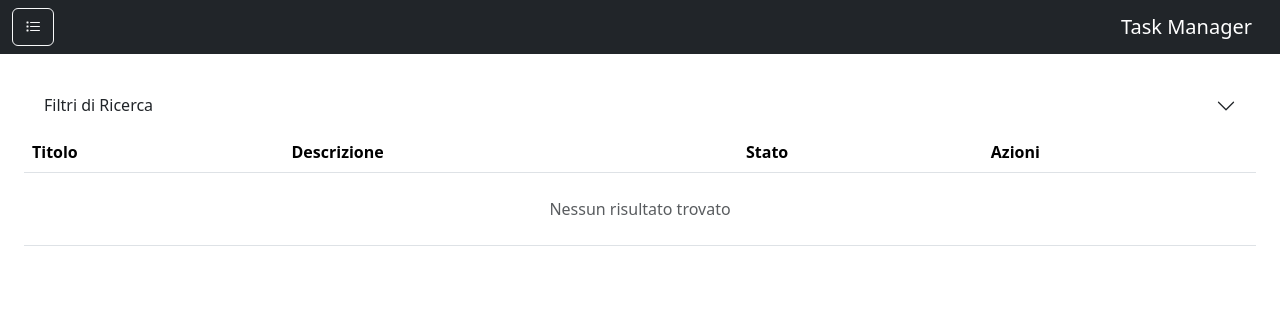
Repository: Barrakude/Angular_Project
Page: /task-list (app in test-finale/)
The author's editor kept a copy of each file at every save. The page is drawn from the files as they stood at one save, then again after the next save.
The browser window is 1280 px wide. The pictures show the whole page.
The page's requests for data from a server got no answer. The project was rebuilt for these pictures with package versions that can differ from the ones it lists, and the page was loaded fresh each time. No one was signed in, and anything a server would have sent is missing. Also part of the build but not shown: test-finale/angular.json, test-finale/src/app/features/board/board.component.ts, test-finale/src/app/features/board/doing/doing.component.ts, test-finale/src/app/shared/components/task-card/task-card.component.ts, test-finale/src/app/shared/interfaces/itask.ts, test-finale/src/app/features/board/done/done.component.ts, test-finale/src/app/features/board/todo/todo.component.ts.

Above is the page before, as saved 2025-06-24 12:35:17.

### test-finale/src/index.html
<!doctype html>
<html lang="en">
<head>
  <meta charset="utf-8">
  <title>TaskManagementFe</title>
  <base href="/">
  <meta name="viewport" content="width=device-width, initial-scale=1">
  <link rel="icon" type="image/x-icon" href="favicon.ico">
</head>
<body>
  <tmg-root></tmg-root>
</body>
</html>

### test-finale/src/app/app.config.ts
import { ApplicationConfig, provideZoneChangeDetection } from '@angular/core';
import { provideRouter } from '@angular/router';

import { routes } from './app.routes';
import { provideHttpClient } from '@angular/common/http';

export const appConfig: ApplicationConfig = {
  providers: [
    provideZoneChangeDetection({ eventCoalescing: true }),
    provideRouter(routes),
    provideHttpClient()
  ]
};
// http client lo lascio , vi da errore se non rifate npm i

### test-finale/src/app/app.component.ts
import { Component } from '@angular/core';
import { RouterOutlet } from '@angular/router';
@Component({
  selector: 'tmg-root',
  imports: [
    RouterOutlet,
  ],
  templateUrl: './app.component.html',
  styleUrl: './app.component.scss'
})
export class AppComponent {
  title = 'task-management-fe';
}

### test-finale/src/app/app.routes.ts
import { Routes } from '@angular/router';
import { BoardComponent } from './features/board/board.component';
import { TaskListComponent } from './features/task-list/task-list.component';
import { LayoutComponent } from './core/layout/layout.component';

export const routes: Routes = [

    {
        path:'',
        component:LayoutComponent,
        children:[
            {path:'', redirectTo:'/board',pathMatch:'full'},
            {path:'board', component:BoardComponent},
            {path:'task-list', component:TaskListComponent}
        ]
    },

];

### test-finale/src/app/app.component.html
<!-- mettete le cose vostre vi lascio router outlet , importate tutto poi :)  -->
<router-outlet></router-outlet>

### test-finale/src/app/features/task-list/task-list.component.ts
import { Component, inject, OnInit } from '@angular/core';
import { IPaginationParams, ITaskFilters, TaskListService } from '../../shared/services/task-list.service';
import { ITask } from '../../shared/interfaces/itask';
import { take, tap } from 'rxjs';
import { TaskStatusPipe } from '../../shared/pipes/task-status.pipe';
import {
  FormBuilder,
  FormControlName,
  FormGroup,
  ReactiveFormsModule,
} from '@angular/forms';
import { IResponse } from '../../shared/interfaces/iresponse';

@Component({
  selector: 'tmg-task-list',
  imports: [TaskStatusPipe, ReactiveFormsModule],
  templateUrl: './task-list.component.html',
  styleUrl: './task-list.component.scss',
})
export class TaskListComponent implements OnInit {
  private readonly _taskService: TaskListService = inject(TaskListService);
  private readonly _fb: FormBuilder = inject(FormBuilder);

  tasks: ITask[] = [];
  filteredTask: ITask[] = [];

  //proprietà per la paginazione
  currentPage = 1;
  itemsPerPage = 5;
  totalItems = 0;
  totalPages = 0;

  //proprietà per la navigazione
  prevPage: number | null = null;
  nextPage: number | null = null;
  firstPage = 1;
  lastPage = 1;

  searchForm: FormGroup = this._fb.group({
    title: [''],
    description: [''],
    status: [''],
  });

  statusOption = ['todo', 'doing', 'done'];

  ngOnInit(): void {
    //this.getTask();
    this.loadTasks();
  }

  loadTasks(): void {
    const pagination: IPaginationParams = {
      page: this.currentPage,
      limit: this.itemsPerPage
    };

    const formValues = this.searchForm.value;
    const filters: ITaskFilters = {};

    // Aggiungi solo i filtri che hanno valori
    if (formValues.title) filters.title = formValues.title;
    if (formValues.description) filters.description = formValues.description;
    if (formValues.status) filters.status = formValues.status;

    this._taskService.getTasks(pagination, Object.keys(filters).length ? filters : undefined)
      .pipe(
        take(1),
        tap((response: IResponse<ITask[]>) => {
          this.tasks = response.data;
          this.totalItems = response.totalCount || 0;
          this.totalPages = Math.ceil(this.totalItems / this.itemsPerPage);

          // Aggiorna informazioni di navigazione
          this.prevPage = response.prev ?? null;
          this.nextPage = response.next || null;
          this.firstPage = response.first || 1;
          this.lastPage = response.last || this.totalPages;
        })
      ).subscribe();
  }
  //! metodo senza paginazione
  // getTask(): void {
  //   this._taskService
  //     .getTasks()
  //     .pipe(
  //       take(1),
  //       tap((data) => {
  //         this.tasks = data;
  //         this.filteredTask = data;
  //       })
  //     )
  //     .subscribe();
  // }

  // onSearch(): void {
  //   const formValues = this.searchForm.value;

  //   this.filteredTask = this.tasks.filter((task) => {
  //     const titleValue =
  //       !formValues.title ||
  //       task.title.toLowerCase().includes(formValues.title.toLowerCase());

  //     const descriptionValue =
  //       !formValues.description ||
  //       task.description
  //         .toLowerCase()
  //         .includes(formValues.description.toLowerCase());

  //     const statusValue =
  //       !formValues.status || task.status === formValues.status;

  //     return titleValue && descriptionValue && statusValue;
  //   });
  // }

   onSearch(): void {
    this.currentPage = 1; // Reset alla prima pagina quando si cerca
    this.loadTasks();
  }

  onClear(): void {
    // this.searchForm.reset();
    // this.filteredTask = this.tasks;
    this.searchForm.reset();
    this.currentPage = 1; // Reset alla prima pagina
    this.loadTasks();
  }

 // Metodi per la navigazione
  goToPage(page: number): void {
    if (page >= 1 && page <= this.totalPages) {
      this.currentPage = page;
      this.loadTasks();
    }
  }

  goToFirstPage(): void {
    this.goToPage(this.firstPage);
  }

  goToLastPage(): void {
    this.goToPage(this.lastPage);
  }

  goToPrevPage(): void {
    if (this.prevPage) {
      this.goToPage(this.prevPage);
    }
  }

  goToNextPage(): void {
    if (this.nextPage) {
      this.goToPage(this.nextPage);
    }
  }

  // Genera array di numeri di pagina per la paginazione
  getPageNumbers(): number[] {
    const pages: number[] = [];
    const maxPagesToShow = 5;
    const half = Math.floor(maxPagesToShow / 2);

    let start = Math.max(this.currentPage - half, 1);
    let end = Math.min(start + maxPagesToShow - 1, this.totalPages);

    if (end - start + 1 < maxPagesToShow) {
      start = Math.max(end - maxPagesToShow + 1, 1);
    }

    for (let i = start; i <= end; i++) {
      pages.push(i);
    }

    return pages;
  }


}

### test-finale/src/app/core/layout/layout.component.ts
import { Component } from '@angular/core';
import { CommonModule } from '@angular/common';
import { RouterOutlet, RouterLink, RouterLinkActive } from '@angular/router';

@Component({
  selector: 'tmg-layout',
  standalone: true,
  imports: [
    CommonModule,
    RouterOutlet,
    RouterLink,
    RouterLinkActive
  ],
  templateUrl: './layout.component.html',
  styleUrl: './layout.component.scss'
})
export class LayoutComponent {
  sidebarOpen = false;

  toggleSidebar(): void {
    this.sidebarOpen = !this.sidebarOpen;
  }
}

### test-finale/src/app/shared/services/task-list.service.ts
import { HttpClient, HttpParams } from '@angular/common/http';
import { inject, Injectable } from '@angular/core';
import { map, Observable } from 'rxjs';
import { IResponse } from '../interfaces/iresponse';
import { ITask } from '../interfaces/itask';

export interface ITaskFilters{
  title?:string;
  description?:string;
  status?:string;
}

export interface IPaginationParams {
  page: number;
  limit: number;
}

@Injectable({
  providedIn: 'root'
})
export class TaskListService {


  private readonly _http:HttpClient=inject(HttpClient);
  private readonly url = 'http://localhost:3000/tasks';

  // getTasks():Observable<ITask[]>{
  //   return this._http.get<IResponse<ITask[]>>(this.url).pipe(
  //     map(({ data }) => data)
  //   );
  // }

  getTasks(pagination?: IPaginationParams, filters?:ITaskFilters):Observable<IResponse<ITask[]>>{
    let params = new HttpParams();

    //aggiungo parametri di paginazione
    if(pagination){
      params = params.set('_page',pagination.page.toString());
      params = params.set('_limit',pagination.limit.toString());
    }
    //aggiungo filtri
    if(filters){
      if (filters.title) {
        params = params.set('title', filters.title);
      }
      if (filters.description) {
        params = params.set('description', filters.description);
      }
      if (filters.status) {
        params = params.set('status', filters.status);
      }
    }
    return this._http.get<IResponse<ITask[]>>(this.url, { params });
  }

  deleteTask(id:number):Observable<ITask>{
    return this._http.delete<IResponse<ITask>>(`${this.url}/${id}`).pipe(
      map(({ data }) => data)
    );
  }

  changeTaskStatus(id: number, status: string): Observable<ITask> {
    return this._http.patch<IResponse<ITask>>(`${this.url}/${id}`, { status }).pipe(
      map(({ data }) => data)
    );
  }

  updateTask(id: number, body: ITask): Observable<ITask> {
    return this._http.patch<IResponse<ITask>>(`${this.url}/${id}`, { body }).pipe(
      map(({ data }) => data)
    );
  }

  createTask(body:ITask): Observable<ITask> {
    return this._http.post<IResponse<ITask>>(this.url, body).pipe(
      map(({ data }) => data)
    );
  }

  detailTask(id:number):Observable<ITask>{
    return this._http.get<IResponse<ITask>>(`${this.url}/${id}`).pipe(
      map(({ data }) => data)
    );
  }

}

### test-finale/src/app/features/task-list/task-list.component.html
<div class="accordion accordion-flush" id="accordionFlushExample">
    <div class="accordion-item">
        <h2 class="accordion-header">
            <button class="accordion-button collapsed" type="button" data-bs-toggle="collapse"
                data-bs-target="#flush-collapseOne" aria-expanded="false">
                Filtri di Ricerca
            </button>
        </h2>
        <div id="flush-collapseOne" class="accordion-collapse collapse" data-bs-parent="#accordionFlushExample">
            <form [formGroup]="searchForm" (ngSubmit)="onSearch()">
                <div class="row">
                    <div class="col-lg-3 col-md-3 mb-3">
                        <label for="title" class="form-label">Titolo</label>
                        <input type="text" class="form-control" id="title" formControlName="title">
                    </div>
                    <div class="col-lg-4 col-md-4 mb-3">
                        <label for="description" class="form-label">Descrizione</label>
                        <input type="textarea" class="form-control" id="description" formControlName="description">
                    </div>
                    <div class="col-lg-3 col-md-3 mb-3">
                        <label for="status" class="form-label">Stato</label>
                        <select class="form-select" id="status" formControlName="status">
                            <option selected>Seleziona Stato</option>
                            @for (status of statusOption; track status) {
                            <option value="{{status}}">{{status | taskStatus}}</option>
                            }
                        </select>
                    </div>

                </div>
                <div class="d-flex gap-2 justify-content-end">
                    <button type="submit" class="btn btn-danger" (click)="onClear()">Cancella</button>
                    <button type="submit" class="btn btn-primary">Cerca</button>
                </div>
            </form>
        </div>
    </div>
</div>
<table class="table">
    <thead>
        <tr>
            <th scope="col">Titolo</th>
            <th scope="col">Descrizione</th>
            <th scope="col">Stato</th>
            <th scope="col">Azioni</th>
        </tr>
    </thead>
    <tbody>
        @for (task of filteredTask; track $index) {
        <tr>
            <th scope="row">{{task.title}}</th>
            <td>{{task.description}}</td>
            <td>{{task.status | taskStatus}}</td>
            <td>
                @if(task.status === 'todo' || task.status === 'doing' ){
                <a type="button">
                    <i class="bi bi-pencil"></i>
                </a>
                }
                <i class="bi bi-trash"></i>
            </td>
        </tr>
        } @empty {
            <tr>
                <td colspan="4" class="text-center text-muted py-4">
                Nessun risultato trovato
            </td>
            </tr>

        }
    </tbody>
</table>

### test-finale/src/app/shared/pipes/task-status.pipe.ts
import { Pipe, PipeTransform } from '@angular/core';

@Pipe({
  name: 'taskStatus'
})
export class TaskStatusPipe implements PipeTransform {

  transform(value: string, ...args: unknown[]): string {
    switch(value.toLowerCase()){
      case 'todo':
        return 'Da fare';
      case 'doing':
        return 'In lavorazione';
      case 'done':
        return 'Completato';
      default:
        return value;
    }
  }

}

### test-finale/src/app/core/layout/layout.component.html
<div class="d-flex flex-column vh-100">
    <!-- Navbar -->
    <nav class="navbar navbar-expand-lg navbar-dark bg-dark fixed-top">
        <div class="container-fluid">
            <button class="btn btn-outline-light me-3" type="button" (click)="toggleSidebar()">
                <i class="bi bi-list-task"></i>
            </button>
            <span class="navbar-brand mb-0 h1">Task Manager</span>
        </div>
    </nav>

    <!-- Sidebar -->
    <div class="offcanvas offcanvas-start" [class.show]="sidebarOpen" tabindex="-1" style="top: 56px; height: calc(100vh - 56px);">
        <div class="offcanvas-body p-0">
            <ul class="list-group list-group-flush">
                <li class="list-group-item border-0">
                    <a routerLink="/board" routerLinkActive="active" class="nav-link text-dark">
                        <i class="fas fa-columns me-2"></i>
                        Board
                    </a>
                </li>
                <li class="list-group-item border-0">
                    <a routerLink="/task-list" routerLinkActive="active" class="nav-link text-dark">
                        <i class="fas fa-list-ul me-2"></i>
                        Task List
                    </a>
                </li>
            </ul>
        </div>
    </div>

    <!-- Main Content -->
    <main class="flex-grow-1" [style.margin-left.px]="sidebarOpen ? 250 : 0" style="margin-top: 56px; transition: margin-left 0.3s ease;">
        <div class="container-fluid p-4">
            <router-outlet></router-outlet>
        </div>
    </main>
</div>

<style>
.offcanvas {
    width: 250px !important;
    transition: transform 0.3s ease;
}

.nav-link.active {
    background-color: #0d6efd !important;
    color: white !important;
    border-radius: 0.375rem;
    margin: 0 10px;
}

@media (max-width: 768px) {
    main {
        margin-left: 0 !important;
    }
}
</style>

Loaded but not shown: test-finale/src/styles.scss (common file); test-finale/src/main.ts (common file); test-finale/src/app/app.component.scss (no stored copy; drawn as an empty file); test-finale/src/app/core/layout/layout.component.scss (no stored copy; drawn as an empty file); test-finale/src/app/features/task-list/task-list.component.scss (no stored copy; drawn as an empty file)

After the next save:
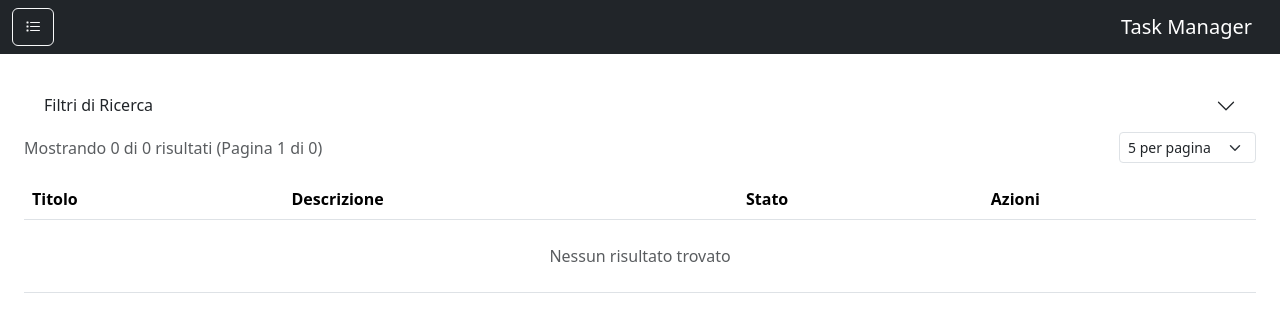
Saved 49 s later.
--- a/test-finale/src/app/features/task-list/task-list.component.html
+++ b/test-finale/src/app/features/task-list/task-list.component.html
@@ -15,27 +15,43 @@
                     </div>
                     <div class="col-lg-4 col-md-4 mb-3">
                         <label for="description" class="form-label">Descrizione</label>
-                        <input type="textarea" class="form-control" id="description" formControlName="description">
+                        <input type="text" class="form-control" id="description" formControlName="description">
                     </div>
                     <div class="col-lg-3 col-md-3 mb-3">
                         <label for="status" class="form-label">Stato</label>
                         <select class="form-select" id="status" formControlName="status">
-                            <option selected>Seleziona Stato</option>
+                            <option value="">Seleziona Stato</option>
                             @for (status of statusOption; track status) {
-                            <option value="{{status}}">{{status | taskStatus}}</option>
+                            <option [value]="status">{{status | taskStatus}}</option>
                             }
                         </select>
                     </div>
-
                 </div>
                 <div class="d-flex gap-2 justify-content-end">
-                    <button type="submit" class="btn btn-danger" (click)="onClear()">Cancella</button>
+                    <button type="button" class="btn btn-danger" (click)="onClear()">Cancella</button>
                     <button type="submit" class="btn btn-primary">Cerca</button>
                 </div>
             </form>
         </div>
     </div>
 </div>
+
+<!-- Informazioni di paginazione -->
+<div class="d-flex justify-content-between align-items-center mb-3">
+    <div class="text-muted">
+        Mostrando {{tasks.length}} di {{totalItems}} risultati (Pagina {{currentPage}} di {{totalPages}})
+    </div>
+    <div>
+        <select class="form-select form-select-sm" style="width: auto;"
+                [value]="itemsPerPage"
+                (change)="itemsPerPage = +$any($event.target).value; currentPage = 1; loadTasks()">
+            <option value="5">5 per pagina</option>
+            <option value="10">10 per pagina</option>
+            <option value="20">20 per pagina</option>
+        </select>
+    </div>
+</div>
+
 <table class="table">
     <thead>
         <tr>
@@ -46,7 +62,7 @@
         </tr>
     </thead>
     <tbody>
-        @for (task of filteredTask; track $index) {
+        @for (task of tasks; track task.id) {
         <tr>
             <th scope="row">{{task.title}}</th>
             <td>{{task.description}}</td>
@@ -61,12 +77,46 @@
             </td>
         </tr>
         } @empty {
-            <tr>
-                <td colspan="4" class="text-center text-muted py-4">
+        <tr>
+            <td colspan="4" class="text-center text-muted py-4">
                 Nessun risultato trovato
             </td>
-            </tr>
-
+        </tr>
         }
     </tbody>
 </table>
+
+<!-- Paginazione -->
+@if (totalPages > 1) {
+<nav aria-label="Paginazione">
+    <ul class="pagination justify-content-center">
+        <li class="page-item" [class.disabled]="!prevPage">
+            <button class="page-link" (click)="goToFirstPage()" [disabled]="!prevPage">
+                <i class="bi bi-chevron-double-left"></i>
+            </button>
+        </li>
+        <li class="page-item" [class.disabled]="!prevPage">
+            <button class="page-link" (click)="goToPrevPage()" [disabled]="!prevPage">
+                <i class="bi bi-chevron-left"></i>
+            </button>
+        </li>
+
+        @for (page of getPageNumbers(); track page) {
+        <li class="page-item" [class.active]="page === currentPage">
+            <button class="page-link" (click)="goToPage(page)">{{page}}</button>
+        </li>
+        }
+
+        <li class="page-item" [class.disabled]="!nextPage">
+            <button class="page-link" (click)="goToNextPage()" [disabled]="!nextPage">
+                <i class="bi bi-chevron-right"></i>
+            </button>
+        </li>
+        <li class="page-item" [class.disabled]="!nextPage">
+            <button class="page-link" (click)="goToLastPage()" [disabled]="!nextPage">
+                <i class="bi bi-chevron-double-right"></i>
+            </button>
+        </li>
+    </ul>
+</nav>
+}
